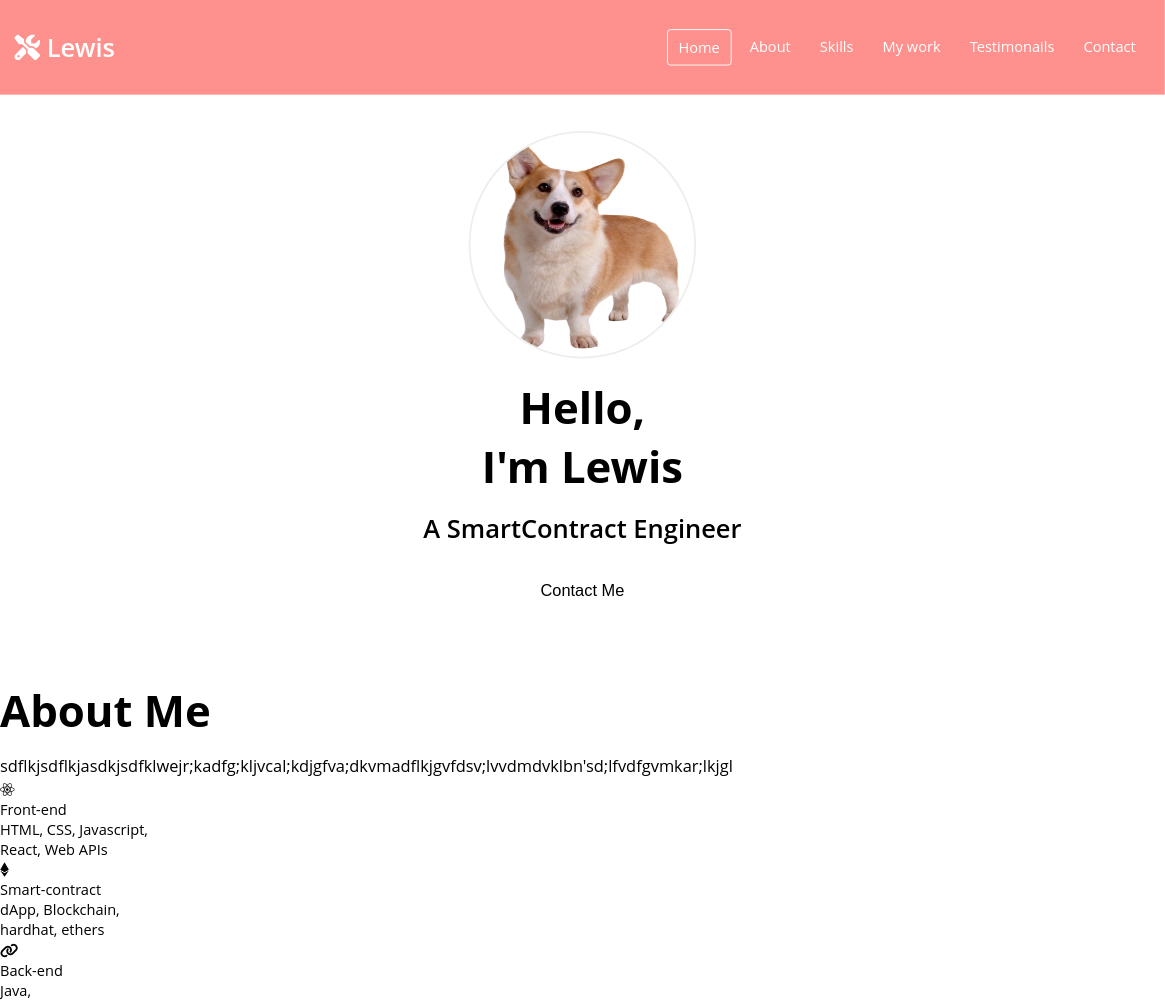
Repository: woojinShim/woojinShim.github.io
Page: index.html
The author's editor kept a copy of each file at every save. The page is drawn from the files as they stood at one save, then again after the next save.
The browser window is 1280 px wide. The pictures show the part of the page from y = 0 to 1101 px (the page is 6602 px tall before and 6606 px after), at 91% of full size.
A picture or video elsewhere on the page could not be fetched, so the positions and the page height are approximate. Some web libraries are served in a nearby version.

Above is the page before, as saved 2022-03-08 18:12:50.

After the next save:
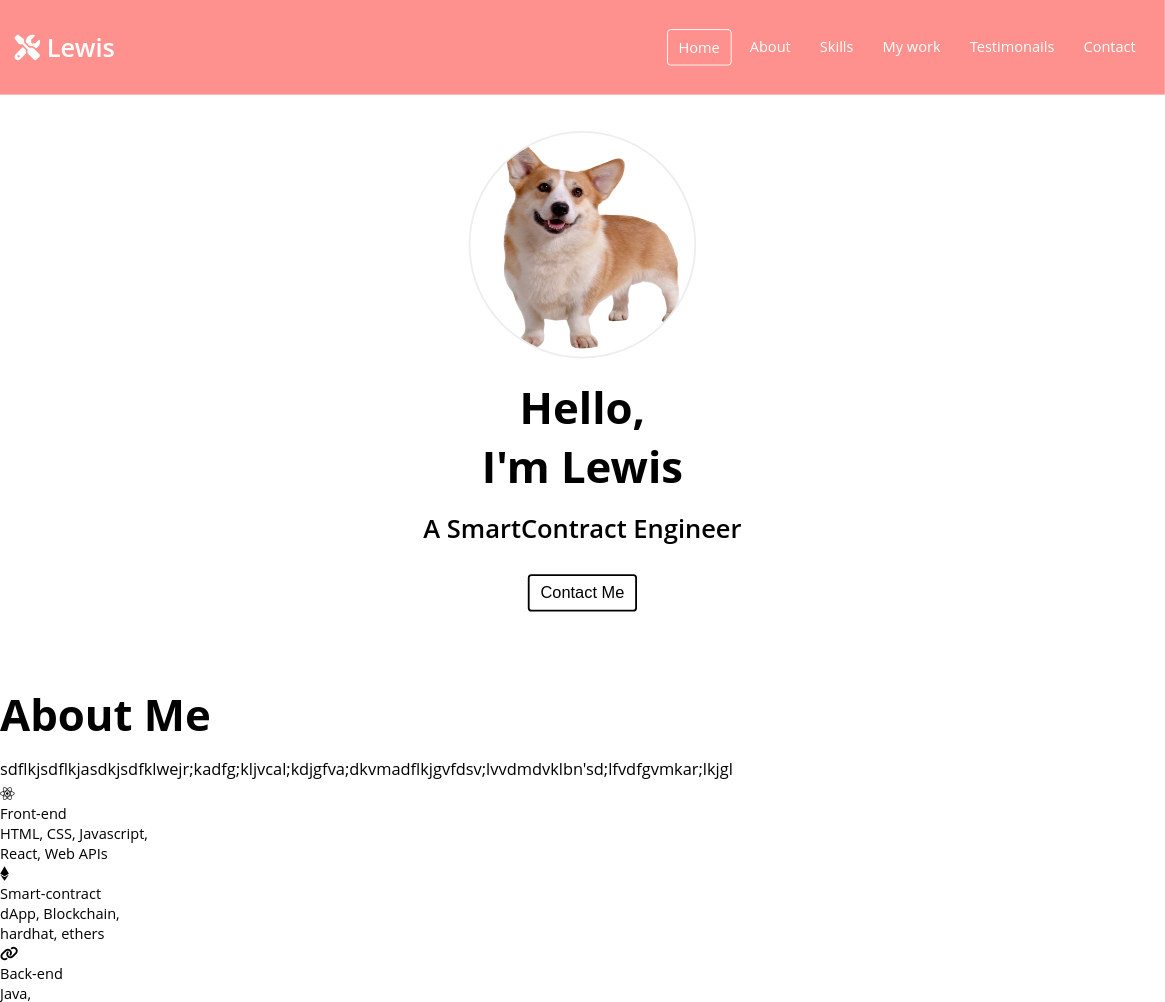
Saved 113 s later.
--- a/style.css
+++ b/style.css
@@ -149,4 +149,6 @@
   font-weight: var(--weight-regular);
   margin: 24px;
   padding: 8px 12px;
+  border: 2px solid var(--color-black);
+  border-radius: var(--size-border-radius);
 }
